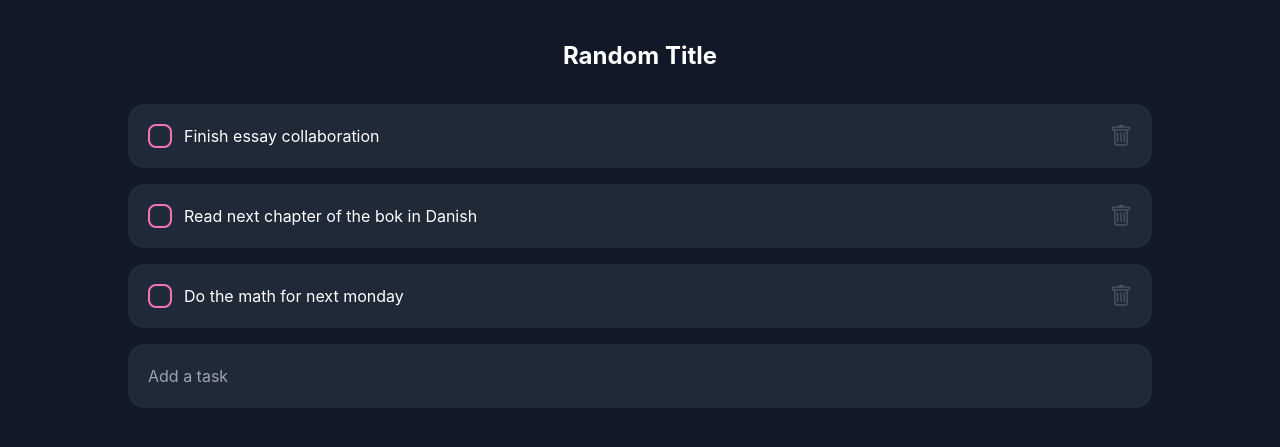
Repository: VachArt/react-exam-work
Page: /about
An editor plug-in stored every save of this project. The page is shown before and after the next save, followed by the edit.
The browser window is 1280 px wide. The pictures show the whole page.
The project was rebuilt for these pictures with package versions that can differ from the ones it lists, and the page was loaded fresh each time.

Above is the page before, as saved 2022-04-27 22:27:48.

After the next save:
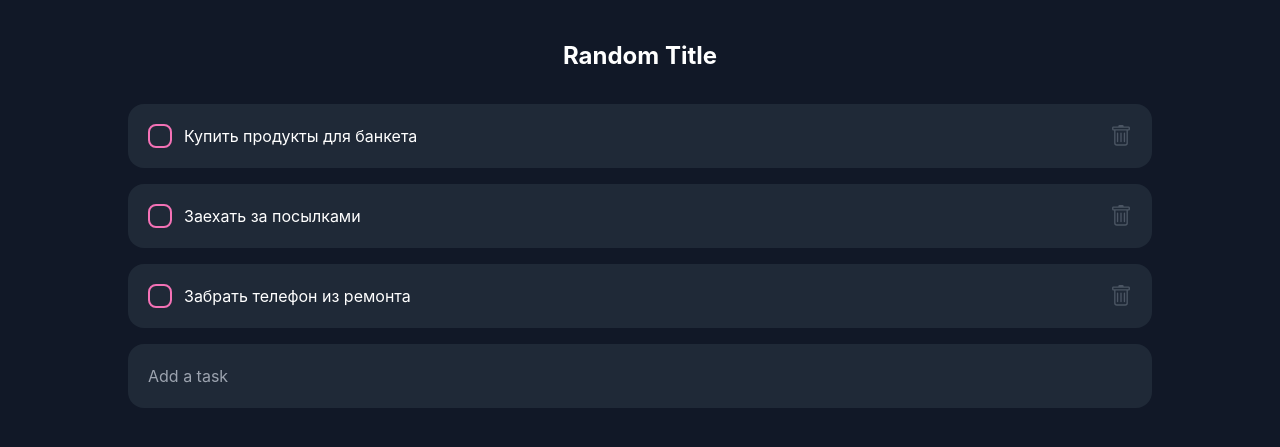
Saved 71 s later.
--- a/src/components/pages/Home/Home.jsx
+++ b/src/components/pages/Home/Home.jsx
@@ -5,17 +5,17 @@ import CreateTodoField from './create-todo-field/CreateTodoField'
 const data = [
     {
         _id: "efnejhj",
-        title: "Finish essay collaboration",
+        title: "Купить продукты для банкета",
         isCompleted: false,
     },
     {
         _id: "efnejhrrrr",
-        title: "Read next chapter of the bok in Danish",
+        title: "Заехать за посылками",
         isCompleted: false,
     },
     {
         _id: "efnejhj2323",
-        title: "Do the math for next monday",
+        title: "Забрать телефон из ремонта",
         isCompleted: false,
     }
 ]
